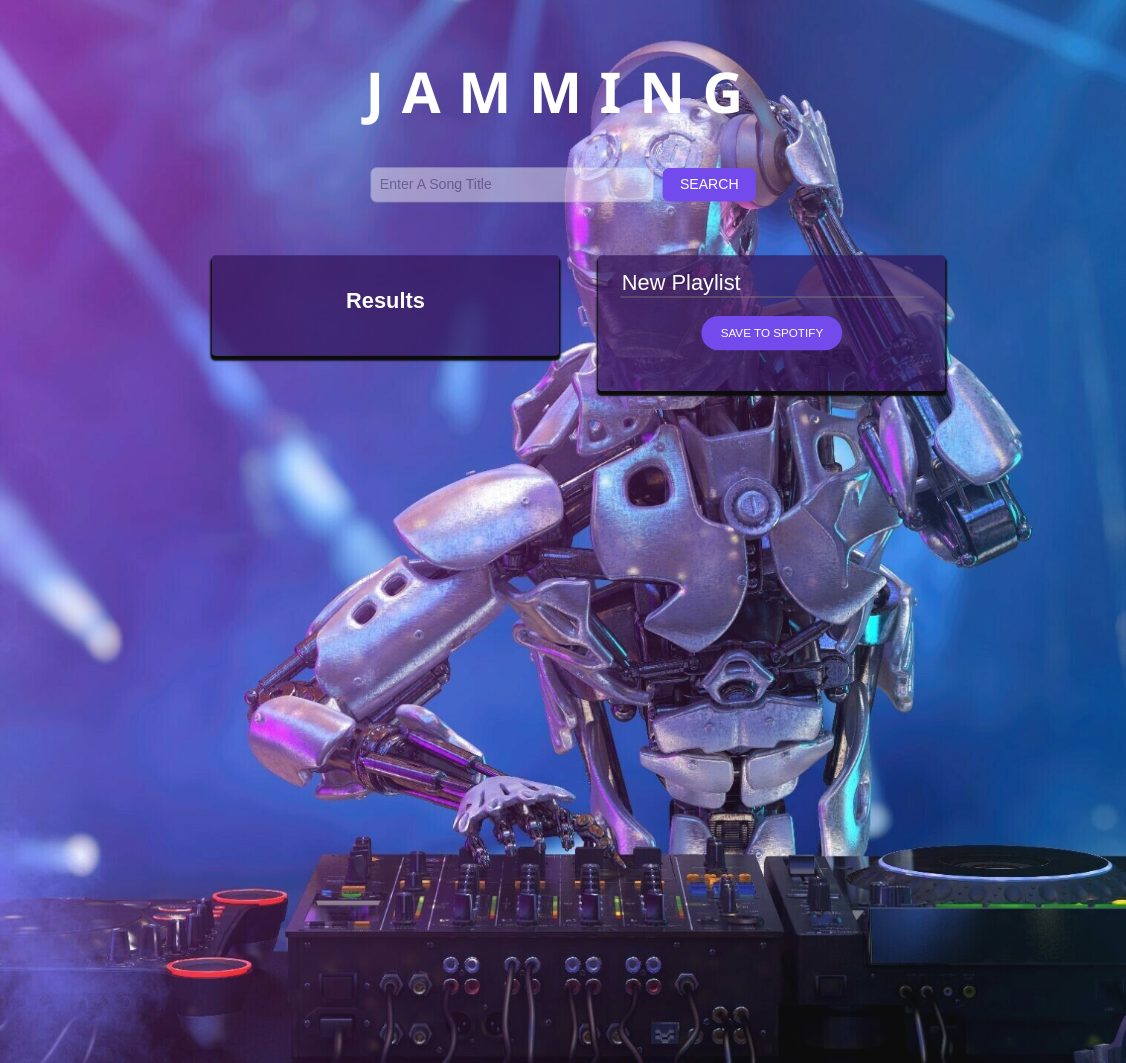
Repository: LolaSL/jamming
Page: /
The author's editor kept a copy of each file at every save. The page is drawn from the files as they stood at one save, then again after the next save.
The browser window is 1280 px wide. The pictures show the whole page, at 88% of full size.
The project was rebuilt for these pictures with package versions that can differ from the ones it lists, and the page was loaded fresh each time. Also part of the build but not shown: src/components/Track/Track.css, src/components/Track/Track.jsx.

Above is the page before, as saved 2023-06-23 18:19:25.

After the next save:
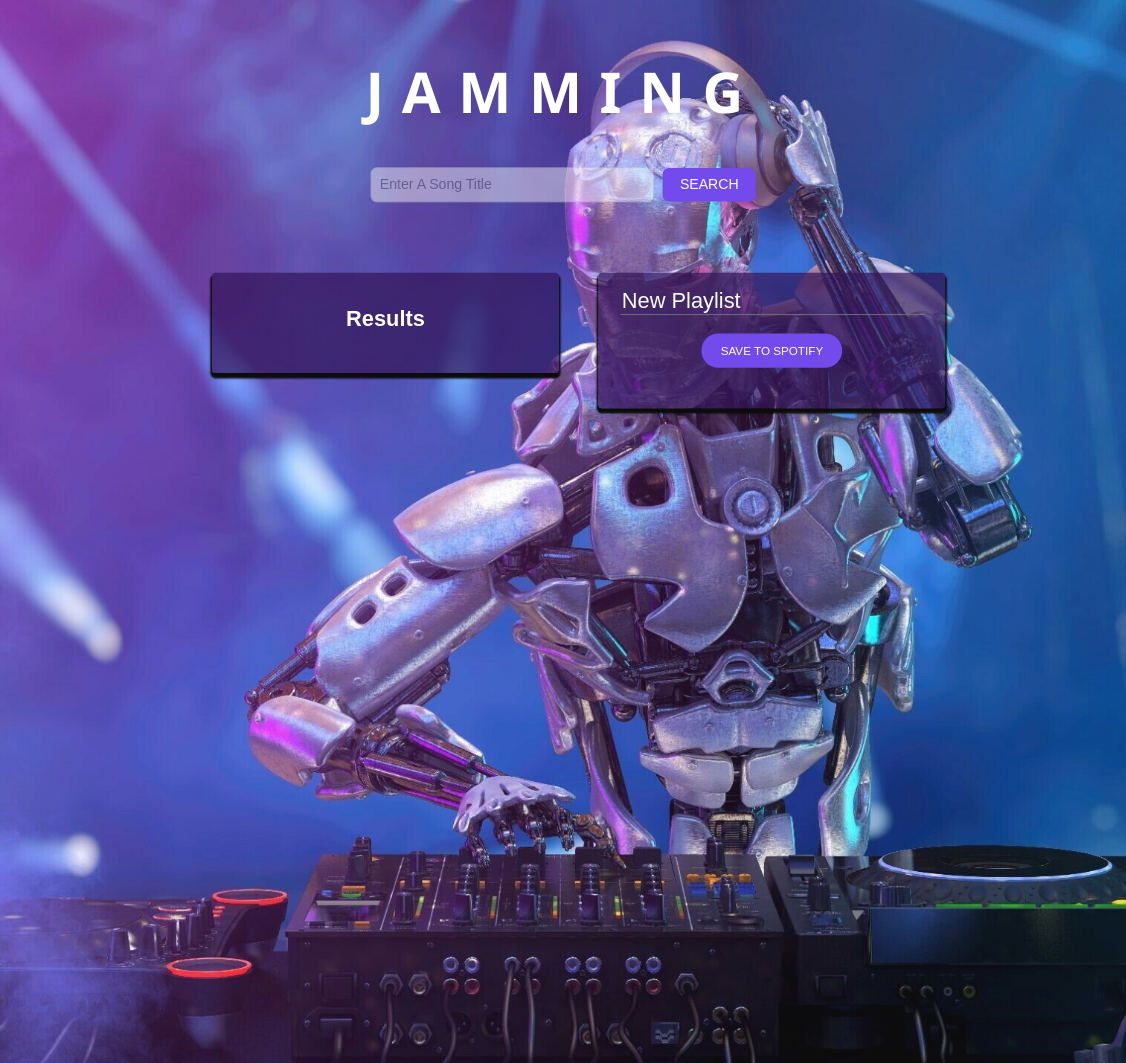
Saved 9 s later.
--- a/src/App/App.css
+++ b/src/App/App.css
@@ -50,7 +50,7 @@ h1 {
   grid-template-columns: 1fr 1fr;
   grid-gap:80px;
   align-items: justify;
-  margin: 40px auto;
+  margin: 60px auto;
 }
 
 /* CSS for SearchResults and Playlist components */
